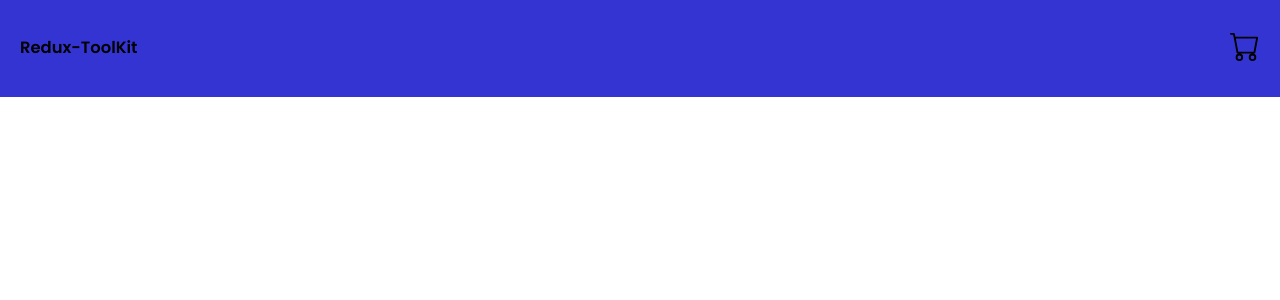
Repository: OmniaRafat232111121/shoppingCart
Page: /
These files come from the project's save history. The page is drawn as it stood at one moment and after the next save; the edit follows.
The browser window is 1280 px wide. The pictures show the whole page.
The project was rebuilt for these pictures with package versions that can differ from the ones it lists, and the page was loaded fresh each time. Also part of the build but not shown: src/App.css.

Above is the page before, as saved 2023-02-07 01:48:03.

After the next save:
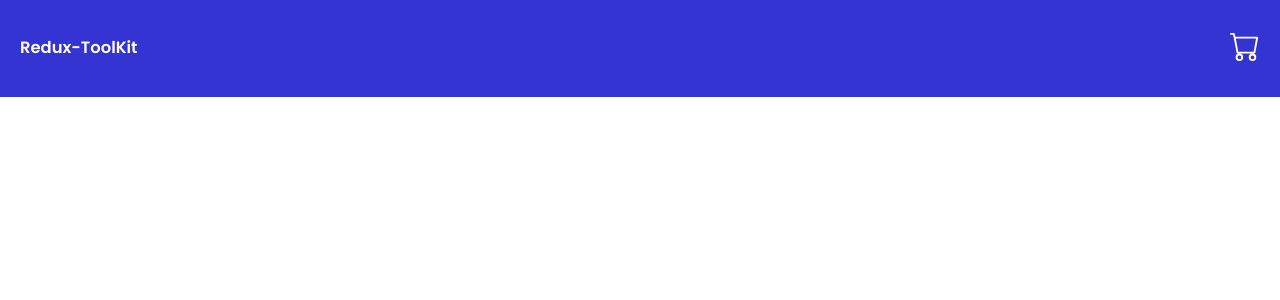
Saved 14 s later.
--- a/src/index.css
+++ b/src/index.css
@@ -16,5 +16,6 @@ nav{
   align-items: center;
   justify-content: space-between;
   width:100%;
+  color:#fff;
   margin:0 auto;
 }
